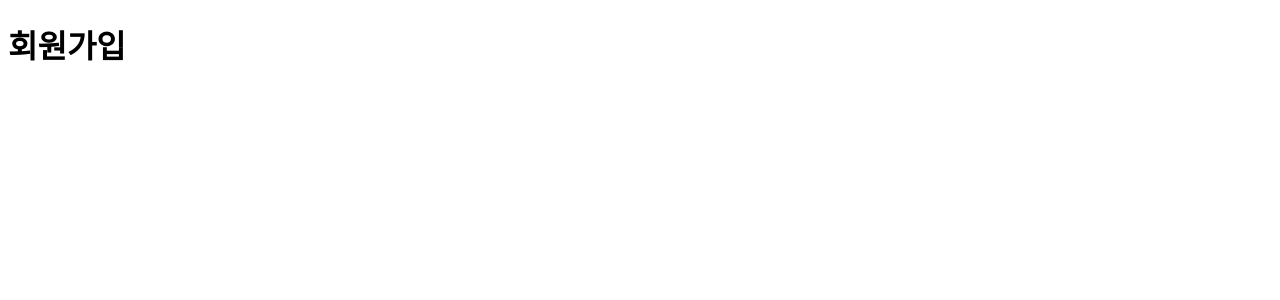
Repository: gihyun0801/post_project
Page: http://localhost/TodoList/signup
The author's editor kept a copy of each file at every save. The page is drawn from the files as they stood at one save, then again after the next save.
The browser window is 1280 px wide. The pictures show the whole page.
The page is served by Tomcat 10.

Above is the page before, as saved 2024-03-27 11:26:51.

After the next save:
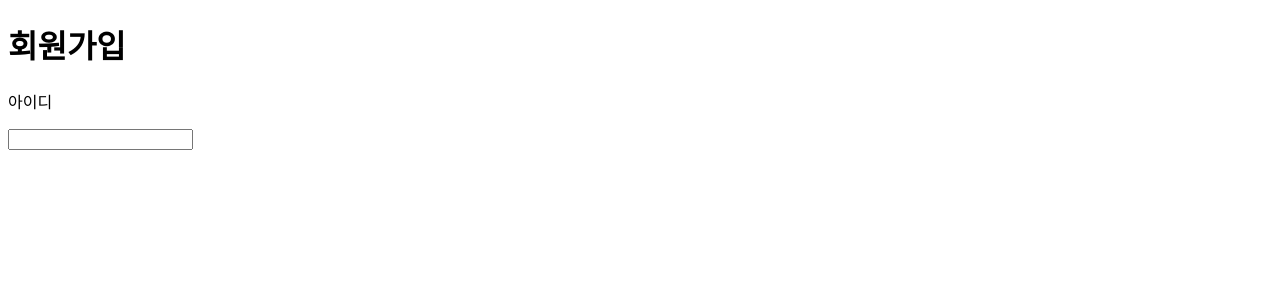
Saved 70 s later.
--- a/TodoList/src/main/webapp/WEB-INF/views/signup.jsp
+++ b/TodoList/src/main/webapp/WEB-INF/views/signup.jsp
@@ -11,7 +11,12 @@
 
     <h1>회원가입</h1>
 
-    <form action="/signup" method="post"></form>
+    <form action="/signup" method="post">
+
+       <p>아이디</p>
+       <input type="text" name="inputId" required>
+
+    </form>
 
    </main>
 
